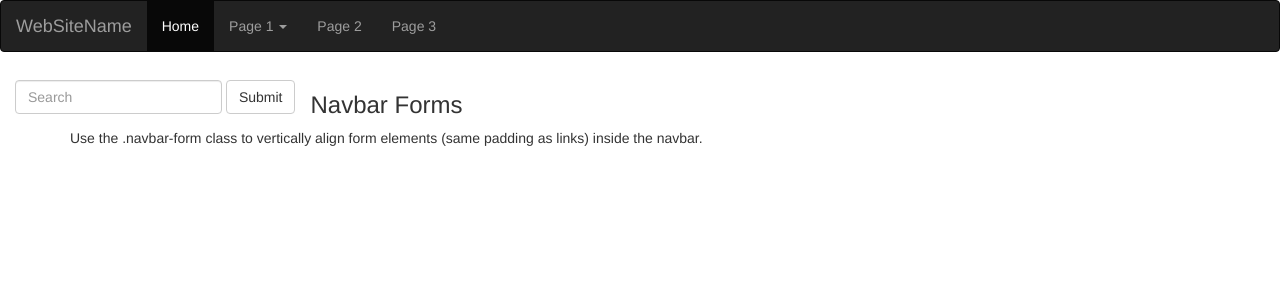
Repository: ganz-95/Denuvo-final
Page: http://localhost/restaurant/
An editor plug-in stored every save of this project. The page is shown before and after the next save, followed by the edit.
The browser window is 1280 px wide. The pictures show the whole page.
Some web libraries are served in a nearby version. The page is served by Tomcat 9.

Above is the page before, as saved 2017-01-23 16:28:42.

After the next save:
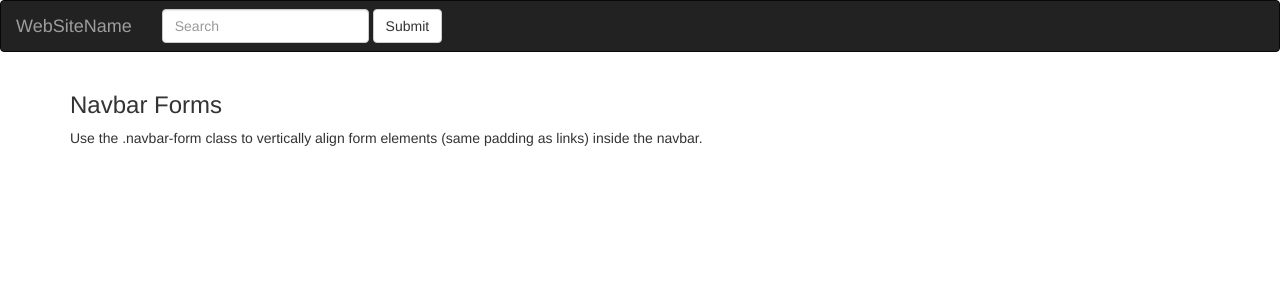
Saved 29 s later.
--- a/workspace/restaurant/src/main/webapp/index.jsp
+++ b/workspace/restaurant/src/main/webapp/index.jsp
@@ -15,20 +15,6 @@
     <div class="navbar-header">
       <a class="navbar-brand" href="#">WebSiteName</a>
     </div>
-    <ul class="nav navbar-nav">
-      <li class="active"><a href="#">Home</a></li>
-      <li class="dropdown"><a class="dropdown-toggle" data-toggle="dropdown" href="#">Page 1 <span class="caret"></span></a>
-        <ul class="dropdown-menu">
-          <li><a href="#">Page 1-1</a></li>
-          <li><a href="#">Page 1-2</a></li>
-          <li><a href="#">Page 1-3</a></li>
-        </ul>
-      </li>
-      <li><a href="#">Page 2</a></li>
-      <li><a href="#">Page 3</a></li>
-    </ul>
-  </div>
-</nav>
 
     <form class="navbar-form navbar-left">
       <div class="form-group">
